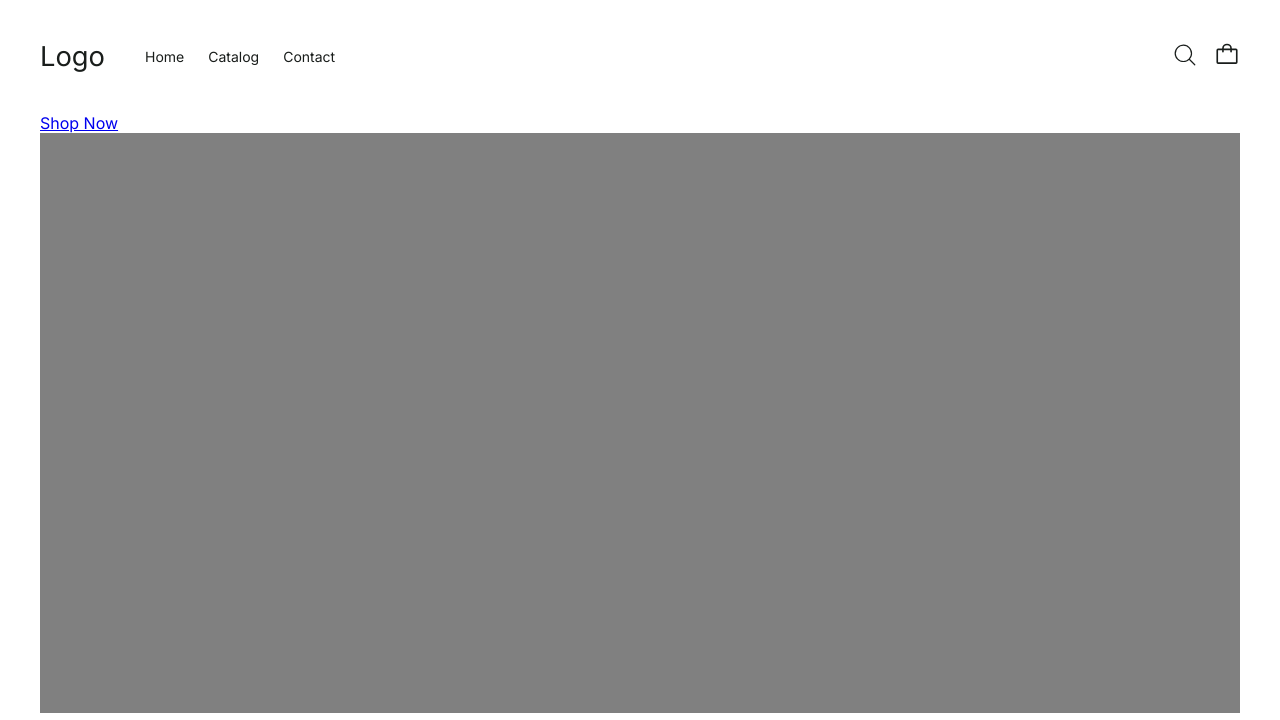
Repository: David-Waite/ecommercefrontendTemplate
Page: /
An editor plug-in stored every save of this project. The page is shown before and after the next save, followed by the edit.
The browser window is 1280 px wide. The pictures show the whole page.
The project was rebuilt for these pictures with package versions that can differ from the ones it lists, and the page was loaded fresh each time. The framework's server and built-in components were replaced by stand-ins that run in the browser. Also part of the build but not shown: next.config.js.

Above is the page before, as saved 2023-08-24 19:24:05.

### app/layout.js
import Nav from "./Components/Nav/Nav";
import "./globals.css";
import { Inter } from "next/font/google";

const inter = Inter({ subsets: ["latin"] });

export const metadata = {
  title: "Create Next App",
  description: "Generated by create next app",
};

export default function RootLayout({ children }) {
  return (
    <html lang="en">
      <body className={inter.className}>
        <Nav />
        {children}
      </body>
    </html>
  );
}

### app/page.js
import Image from "next/image";
import styles from "./page.module.css";
import Link from "next/link";
import PrimaryButton from "./Components/UI/PrimaryButton/PrimaryButton";

export default function Home() {
  return (
    <main className={styles.main}>
      <div className={styles.heroImage}>
        <Link href={"#"}>
          <PrimaryButton text={"Shop Now"} />
        </Link>
      </div>
    </main>
  );
}

### app/Components/Nav/Nav.js
"use client";
import Link from "next/link";
import { useState } from "react";
import {
  PiMagnifyingGlassLight,
  PiBag,
  PiListLight,
  PiXLight,
} from "react-icons/pi";
import styles from "./Nav.module.css";

export default function Nav() {
  const [navOpen, setNavOpen] = useState(false);

  function toggleMenu() {
    setNavOpen((prev) => !prev);
  }
  return (
    <nav className={styles.nav}>
      <div className={styles.menu} onClick={toggleMenu}>
        {!navOpen && <PiListLight fontSize={24} />}
        {navOpen && <PiXLight fontSize={24} />}
      </div>

      <div className={styles.moblieMenu} style={{ width: !navOpen && "0" }}>
        <Link href="/">Home</Link>
        <Link href="#">Catalog</Link>
        <Link href="#">Contact</Link>
      </div>
      <div className={styles.linksContainer}>
        <Link className={styles.logo} href="/">
          Logo
        </Link>
        <div className={styles.pagesContainer}>
          <Link href="/">Home</Link>
          <Link href="#">Catalog</Link>
          <Link href="#">Contact</Link>
        </div>
      </div>
      <div className={styles.iconsContainer}>
        <Link href="#">
          <PiMagnifyingGlassLight fontSize={26} />
        </Link>
        <Link href="#">
          <PiBag fontSize={26} />
        </Link>
      </div>
    </nav>
  );
}

### app/globals.css
:root {
  --primary: ;
  --black: #191d1b;
  --background: #ffffff;
  --white: #ffffff;
  --grey: #606060;
  --error: #a83c23;
  --max-width: 1500px;
  --fontBase: 17.5px;
  --fontPlus1: 21.88px;
  --fontPlus2: 27.34px;
  --fontPlus3: 34.18px;
  --fontMinus1: 14px;
  --fontMinus2: 11.2px;
  --marginMax: 40px;
  --margin1000: 32px;
  --marginMobile: 16px;
}

* {
  padding: 0;
  margin: 0;
  box-sizing: border-box;
}

### app/page.module.css
.main {
  margin: 0px auto;
  padding: 0px 40px;
  max-width: calc(var(--max-width) + 80px);
}
.heroImage {
  width: 100%;
  height: 600px;
  background-color: grey;
}

@media (max-width: 1000px) {
  .main {
    padding: 0px var(--margin1000);
  }
}
@media (max-width: 768px) {
  .main {
    padding: 0px var(--marginMobile);
  }
}

### app/Components/UI/PrimaryButton/PrimaryButton.js
import Link from "next/link";
import styles from "./PrimaryButton.module.css";

export default function PrimaryButton({ text }) {
  return (
    <p className={styles.container}>
      <p>{text}</p>
    </p>
  );
}

### app/Components/Nav/Nav.module.css
.nav {
  display: flex;
  align-items: center;
  justify-content: space-between;
  margin: 0px auto;
  padding: 40px;
  max-width: calc(var(--max-width) + 80px);
  position: relative;
}

.linksContainer {
  display: flex;
  align-items: center;
  justify-content: center;
  gap: 40px;
}

.pagesContainer {
  display: flex;
  gap: 24px;
}

.pagesContainer {
  font-size: var(--fontMinus1);
}

.iconsContainer {
  display: flex;
  gap: 16px;
}
.nav a {
  text-decoration: none;
  color: var(--black);
}

.logo {
  font-size: var(--fontPlus2);
}
.moblieMenu {
  position: absolute;
  flex-direction: column;
  width: 400px;
  left: 0;
  top: 113px;
  height: calc(100vh - 113px);
  transition: 0.3s;
  overflow: hidden;
}
.moblieMenu a {
  padding: 16px 32px;
}

.moblieMenu a:hover {
  background-color: grey;
}
.menu,
.moblieMenu {
  display: none;
}
@media (max-width: 1000px) {
  .nav {
    padding: 40px var(--margin1000);
  }
  .pagesContainer {
    display: none;
  }
  .menu {
    display: block;
  }
  .moblieMenu {
    display: flex;
  }
  .logo {
    margin-left: 42px;
  }
}
@media (max-width: 768px) {
  .nav {
    padding: 40px var(--marginMobile);
  }
  .moblieMenu {
    width: 90vw;
  }
}

### app/Components/UI/PrimaryButton/PrimaryButton.module.css
.container {
  background-color: white;
}

After the next save:
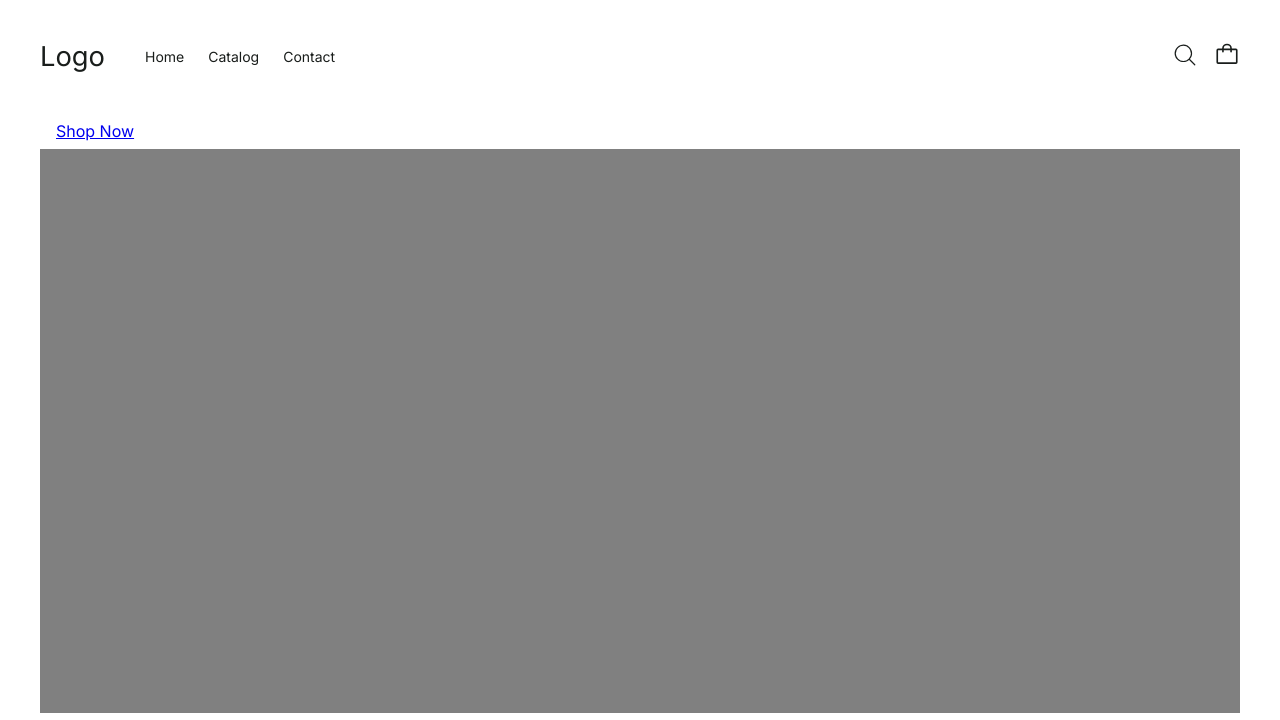
Saved 13 s later.
--- a/app/Components/UI/PrimaryButton/PrimaryButton.module.css
+++ b/app/Components/UI/PrimaryButton/PrimaryButton.module.css
@@ -1,3 +1,4 @@
 .container {
   background-color: white;
+  padding: 8px 16px;
 }
